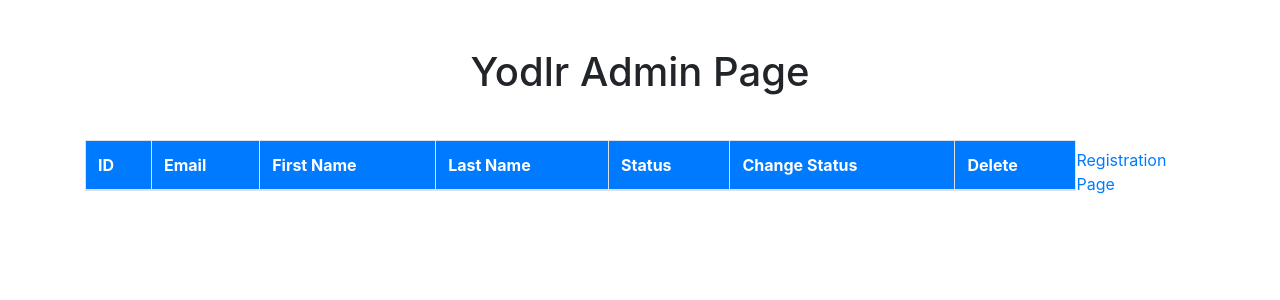
Repository: rmdayberry/yodlr-take-home
Page: public/admin.html
The author's editor kept a copy of each file at every save. The page is drawn from the files as they stood at one save, then again after the next save.
The browser window is 1280 px wide. The pictures show the whole page.
The page's requests for data from a server got no answer.

Above is the page before, as saved 2024-10-09 08:28:35.
Console error: TypeError: Cannot read properties of undefined (reading 'message')

After the next save:
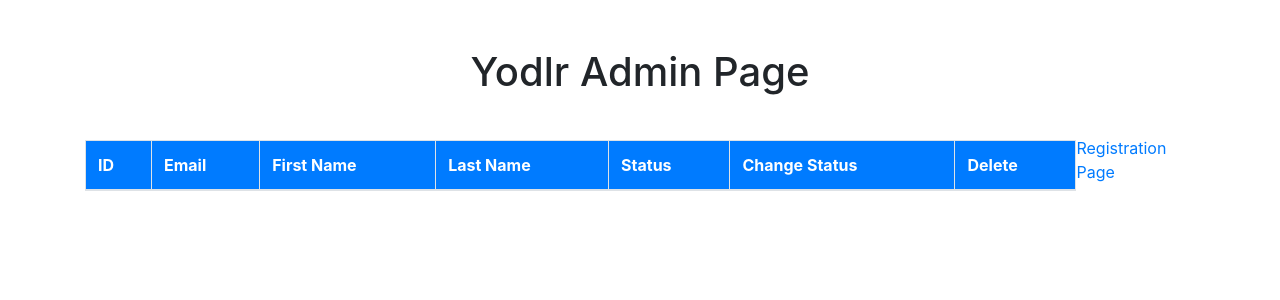
Saved 93 s later.
--- a/public/admin.html
+++ b/public/admin.html
@@ -104,7 +104,7 @@
   <body>
     <div class="container mt-5">
       <h1 class="text-center mb-4">Yodlr Admin Page</h1>
-      <div class= "d-flex justify-content-between align-items-center">
+      <div class= "d-flex justify-content-between align-items-left">
         <div class="table-responsive">
       <table class= "table table-striped table-bordered table-hover" id="userTable">
         <thead>

After the save that followed:
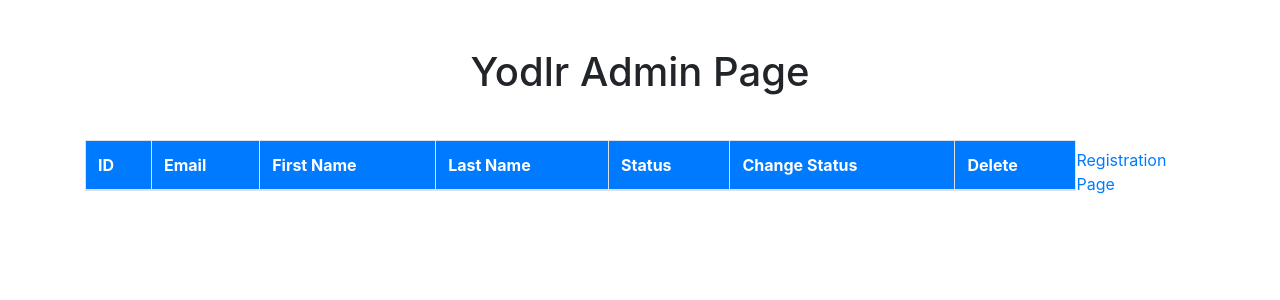
Saved 14 s later.
--- a/public/admin.html
+++ b/public/admin.html
@@ -104,7 +104,7 @@
   <body>
     <div class="container mt-5">
       <h1 class="text-center mb-4">Yodlr Admin Page</h1>
-      <div class= "d-flex justify-content-between align-items-left">
+      <div class= "d-flex justify-content-between align-items-center">
         <div class="table-responsive">
       <table class= "table table-striped table-bordered table-hover" id="userTable">
         <thead>
